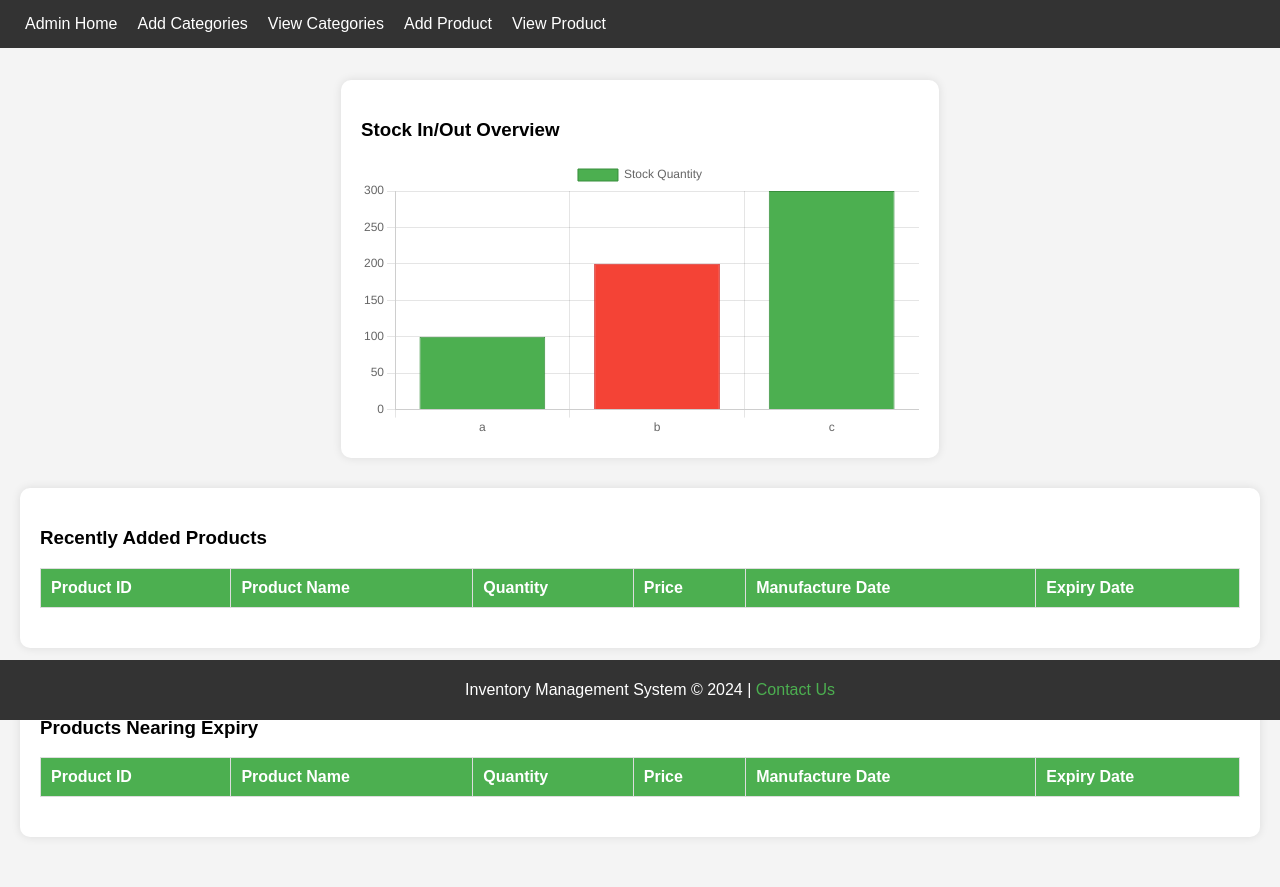
Repository: SimOneGraCias11/Montran_Training
Page: http://localhost/Project/adminHome.jsp
The author's editor kept a copy of each file at every save. The page is drawn from the files as they stood at one save, then again after the next save.
The browser window is 1280 px wide. The pictures show the whole page.
The page is served by Tomcat 9.

Above is the page before, as saved 2024-08-10 23:24:19.

### Project/src/main/webapp/adminHome.jsp
<%@ page language="java" contentType="text/html; charset=ISO-8859-1"
    pageEncoding="ISO-8859-1"%>
<!DOCTYPE html>
<html>
<head>
    <title>Admin Dashboard</title>
    <style>
        body, html {
            margin: 0;
            padding: 0;
            font-family: Arial, sans-serif;
            background-color: #f4f4f4;
            display: flex;
            flex-direction: column;
            min-height: 100vh;
        }
        .container {
            padding-top: 80px;
            padding: 20px;
            flex: 1;
        }
        .charts {
            display: flex;
            justify-content: space-around;
            margin-bottom: 30px;
        }
        .chart-container {
            width: 45%;
            padding: 20px;
            background-color: #fff;
            box-shadow: 0 0 10px rgba(0, 0, 0, 0.1);
            border-radius: 10px;
        }
        .table-container {
            background-color: #fff;
            padding: 20px;
            box-shadow: 0 0 10px rgba(0, 0, 0, 0.1);
            border-radius: 10px;
            margin-bottom: 30px;
        }
        table {
            width: 100%;
            border-collapse: collapse;
            margin-bottom: 20px;
        }
        table, th, td {
            border: 1px solid #ddd;
        }
        th, td {
            padding: 10px;
            text-align: left;
        }
        th {
            background-color: #4CAF50;
            color: white;
        }
    </style>
    <script src="https://cdn.jsdelivr.net/npm/chart.js"></script>
</head>
<body>

    <%@ include file="header.jsp" %>

    <div class="container">
        <div class="charts">
            <div class="chart-container">
                <h3>Stock In/Out Overview</h3>
                <canvas id="stockChart"></canvas>
            </div>

        </div>


        <div class="table-container">
            <h3>Recently Added Products</h3>
            <table>
                <thead>
                    <tr>
                        <th>Product ID</th>
                        <th>Product Name</th>
                        <th>Quantity</th>
                        <th>Price</th>
                        <th>Manufacture Date</th>
                        <th>Expiry Date</th>


                    </tr>
                </thead>
                <tbody>

                </tbody>
            </table>
        </div>


        <div class="table-container">
            <h3>Products Nearing Expiry</h3>
            <table>
                <thead>
                    <tr>
                        <th>Product ID</th>
                        <th>Product Name</th>
                        <th>Quantity</th>
                        <th>Price</th>
                        <th>Manufacture Date</th>
                        <th>Expiry Date</th>
                    </tr>
                </thead>
                <tbody>
                </tbody>
            </table>
        </div>
    </div>

    <%@ include file="footer.jsp" %>

    <script>
        var ctx = document.getElementById('stockChart').getContext('2d');
        var stockChart = new Chart(ctx, {
            type: 'bar',
            data: {
                labels: ["a","b","c"],
                datasets: [{
                    label: 'Stock Quantity',
                    data: [100,200,300],
                    backgroundColor: ['#4CAF50', '#f44336'],
                    borderColor: ['#388E3C', '#d32f2f'],
                    borderWidth: 1
                }]
            },
            options: {
                scales: {
                    y: {
                        beginAtZero: true
                    }
                }
            }
        });


    </script>

</body>
</html>

### Project/src/main/webapp/header.jsp
<%@ page language="java" contentType="text/html; charset=ISO-8859-1"
    pageEncoding="ISO-8859-1"%>
<!DOCTYPE html>
<html>
<head>
<style>
body{
margin:0;
padding:0;
}
.navbar{
background-color:#333;
overflow:hidden;
padding:10px 15px;
position:fixed;
top:0;
width:100%;
z-index:1000;
}

.navbar a{
float:left;
color:white;
text-align:center;
padding:5px 10px;
text-decoration:none;
font-size:16px;

}
.navbar a:hover{
background-color:#ddd;
color:black;
}

.navbar a.active{
background-color:#4CAF50;
color:white;
}
.content{
padding-top:60px;
}
</style>
</head>
<body>
<div class="navbar">
<a href="adminHome.jsp" >Admin Home</a>
<a href="addCategories">Add Categories</a>
<a href="viewCategories" >View Categories</a>
<a href="addProduct">Add Product</a>
<a href="viewProduct">View Product</a>

</div>
<div class="content"></div>
</body>
</html>

### Project/src/main/webapp/footer.jsp
<%@ page language="java" contentType="text/html; charset=ISO-8859-1"
    pageEncoding="ISO-8859-1"%>
<!DOCTYPE html>
<html>
<head>

<style>

.footer{
background-color:#333;
color:white;
padding:5px 10px;
text-align:center;
position:fixed;
left:0;
bottom:0;
width:100%;

}

.footer a{
color:#4CAF50;
text-decoration:none;

}
.footer a:hover{
text-decoration:underline;

}

</style>
</head>
<body>

<div class="footer">
<p> Inventory Management System &copy; 2024 | <a href="contact.jsp"> Contact Us </a></p>

</div>

</body>
</html>

After the next save:
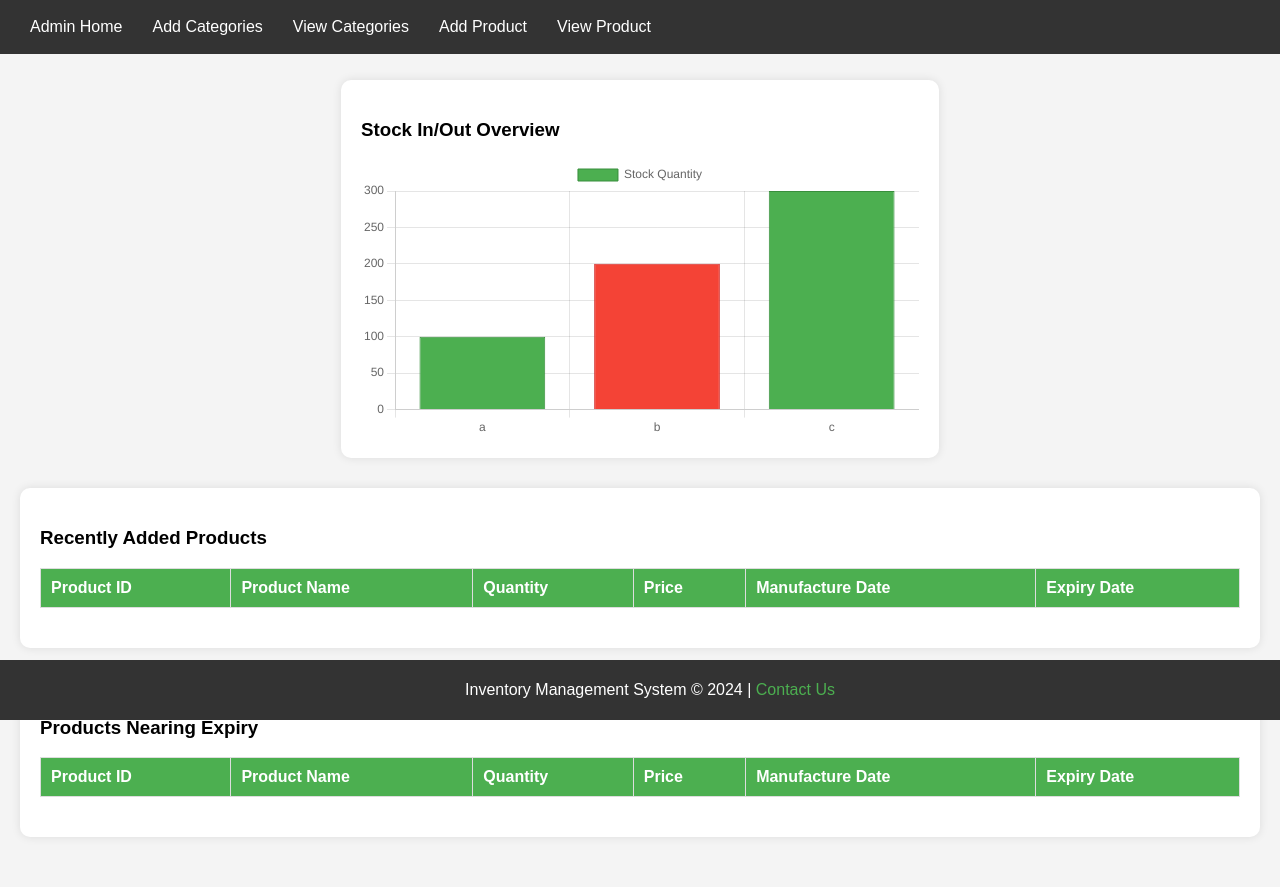
Saved 2 min 30 s later.
--- a/Project/src/main/webapp/header.jsp
+++ b/Project/src/main/webapp/header.jsp
@@ -4,9 +4,12 @@
 <html>
 <head>
 <style>
-body{
+body,html{
 margin:0;
 padding:0;
+height:100%;
+display:flex;
+flex-direction:column;
 }
 .navbar{
 background-color:#333;
@@ -16,13 +19,14 @@ position:fixed;
 top:0;
 width:100%;
 z-index:1000;
+box-sizing:border-box;
 }
 
 .navbar a{
 float:left;
 color:white;
 text-align:center;
-padding:5px 10px;
+padding:8px 15px;
 text-decoration:none;
 font-size:16px;
 
